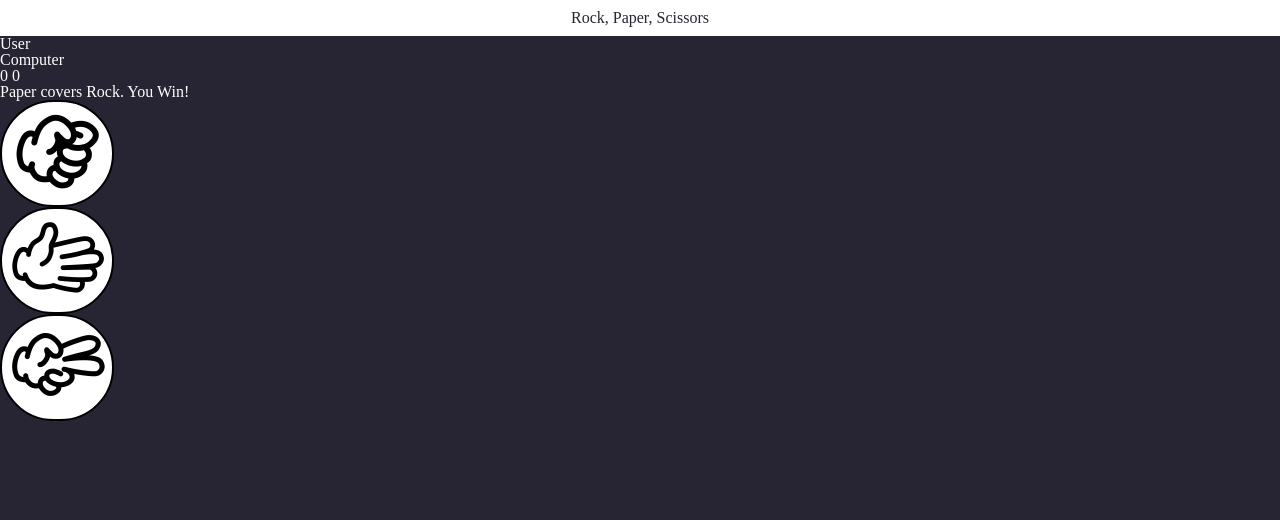
Repository: AndersonGuilherme/rock-paper-scissor-game-javascript
Page: index.html
An editor plug-in stored every save of this project. The page is shown before and after a run of saves, followed by the edit.
The browser window is 1280 px wide. The pictures show the whole page.

Above is the page before, as saved 2019-01-12 12:44:24.

After the next 5 saves:
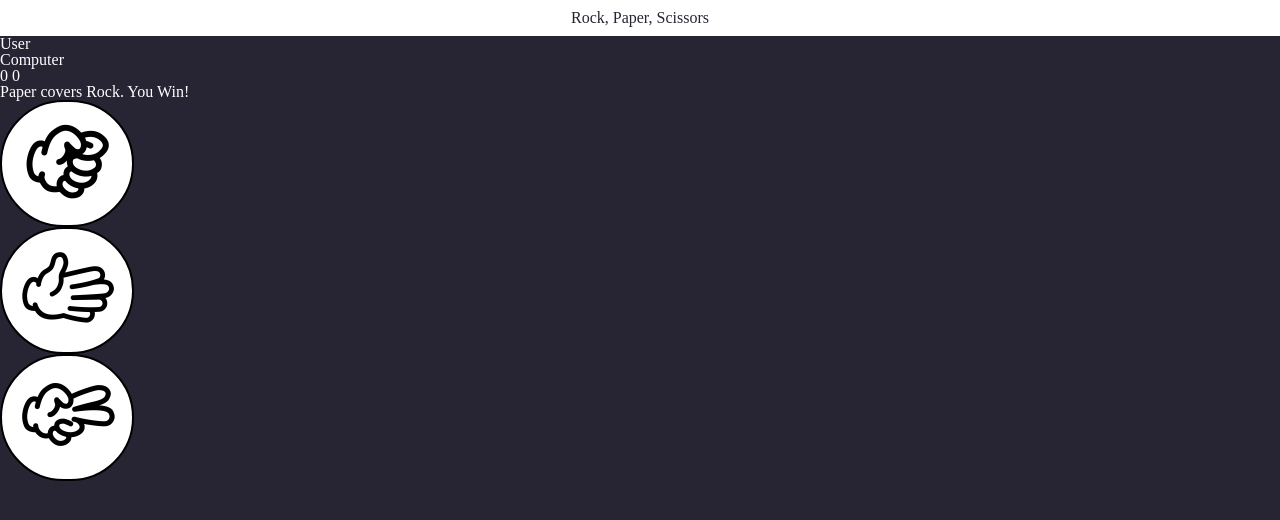
The 5 saves are shown as one change because they came seconds apart.
The last was saved 11 s later.
--- a/src/public/css/style.css
+++ b/src/public/css/style.css
@@ -15,7 +15,8 @@ body{
     border-radius: 100px;
     text-align: center;
     max-width: 110px;
-    background-color: #fff
+    background-color: #fff;
+    padding: 10px
 }
 
 .choice>img{
